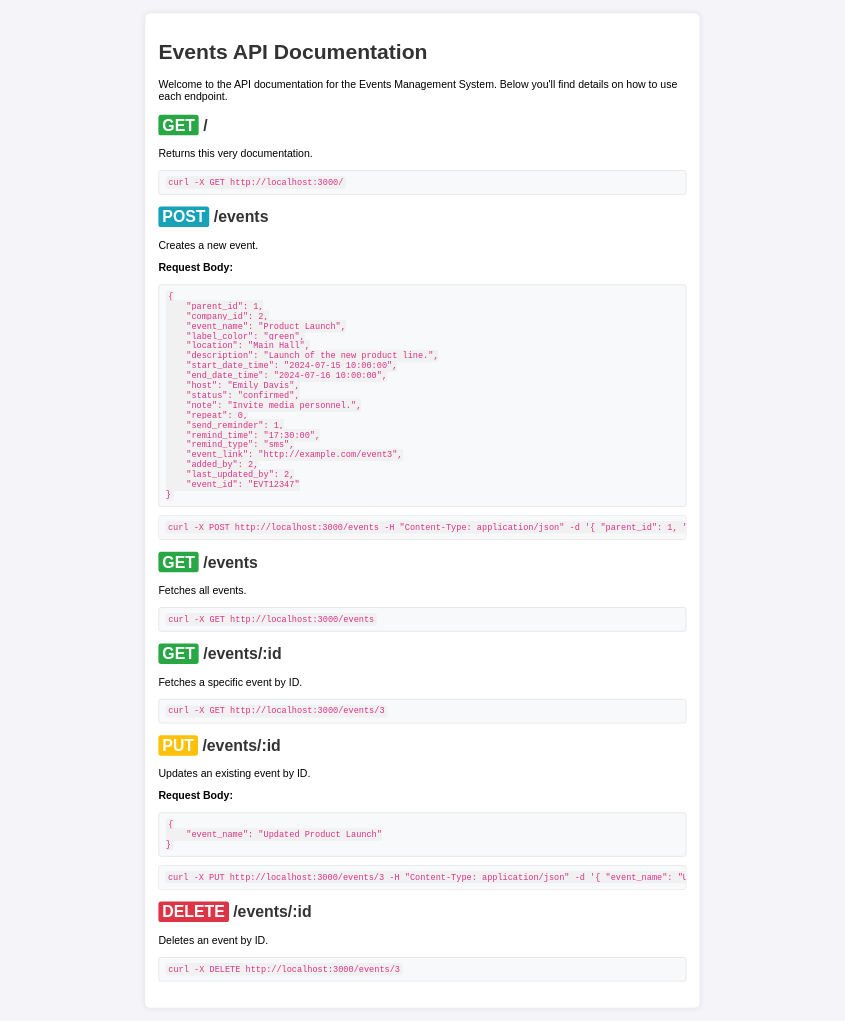
Repository: SpicierEwe/projects_node_express_server
Page: api_documentation/documentation.html
The author's editor kept a copy of each file at every save. The page is drawn from the files as they stood at one save, then again after the next save.
The browser window is 1280 px wide. The pictures show the whole page, at 66% of full size.

Above is the page before, as saved 2024-07-17 17:46:21.

### api_documentation/documentation.html
<!DOCTYPE html>
<html lang="en">
  <head>
    <meta charset="UTF-8" />
    <meta name="viewport" content="width=device-width, initial-scale=1.0" />
    <title>Events API Documentation</title>
    <style>
      body {
        font-family: Arial, sans-serif;
        background-color: #f4f4f9;
        margin: 0;
        padding: 20px;
      }
      .container {
        max-width: 800px;
        margin: auto;
        background: #fff;
        padding: 20px;
        box-shadow: 0 0 10px rgba(0, 0, 0, 0.1);
        border-radius: 8px;
      }
      h1,
      h2 {
        color: #333;
      }
      .route {
        margin: 20px 0;
      }
      .method {
        font-weight: bold;
        color: #fff;
        background: #007bff;
        padding: 2px 6px;
        border-radius: 4px;
      }
      .method.get {
        background: #28a745;
      }
      .method.post {
        background: #17a2b8;
      }
      .method.put {
        background: #ffc107;
      }
      .method.delete {
        background: #dc3545;
      }
      code {
        background: #f1f1f1;
        padding: 2px 4px;
        border-radius: 4px;
        color: #d63384;
      }
      pre {
        background: #f8f9fa;
        padding: 10px;
        border-radius: 4px;
        overflow: auto;
        border: 1px solid #ddd;
      }
    </style>
  </head>
  <body>
    <div class="container">
      <h1>Events API Documentation</h1>
      <p>
        Welcome to the API documentation for the Events Management System. Below
        you'll find details on how to use each endpoint.
      </p>

      <div class="route">
        <h2><span class="method get">GET</span> /</h2>
        <p>Returns this very documentation.</p>
        <pre><code>curl -X GET http://localhost:3000/</code></pre>
      </div>

      <div class="route">
        <h2><span class="method post">POST</span> /events</h2>
        <p>Creates a new event.</p>
        <p><strong>Request Body:</strong></p>
        <pre><code>{
    "parent_id": 1,
    "company_id": 2,
    "event_name": "Product Launch",
    "label_color": "green",
    "location": "Main Hall",
    "description": "Launch of the new product line.",
    "start_date_time": "2024-07-15 10:00:00",
    "end_date_time": "2024-07-16 10:00:00",
    "host": "Emily Davis",
    "status": "confirmed",
    "note": "Invite media personnel.",
    "repeat": 0,
    "send_reminder": 1,
    "remind_time": "17:30:00",
    "remind_type": "sms",
    "event_link": "http://example.com/event3",
    "added_by": 2,
    "last_updated_by": 2,
    "event_id": "EVT12347"
}</code></pre>
        <pre><code>curl -X POST http://localhost:3000/events -H "Content-Type: application/json" -d '{ "parent_id": 1, "company_id": 2, "event_name": "Product Launch", "label_color": "green", "location": "Main Hall", "description": "Launch of the new product line.", "start_date_time": "2024-07-12T12:30:00.000Z", "end_date_time": "2024-07-12T14:30:00.000Z", "host": "Emily Davis", "status": "confirmed", "note": "Invite media personnel.", "repeat": 0, "send_reminder": 1, "remind_time": "17:30:00", "remind_type": "sms", "event_link": "http://example.com/event3", "added_by": 2, "last_updated_by": 2, "event_id": "EVT12347" }'</code></pre>
      </div>

      <div class="route">
        <h2><span class="method get">GET</span> /events</h2>
        <p>Fetches all events.</p>
        <pre><code>curl -X GET http://localhost:3000/events</code></pre>
      </div>

      <div class="route">
        <h2><span class="method get">GET</span> /events/:id</h2>
        <p>Fetches a specific event by ID.</p>
        <pre><code>curl -X GET http://localhost:3000/events/3</code></pre>
      </div>

      <div class="route">
        <h2><span class="method put">PUT</span> /events/:id</h2>
        <p>Updates an existing event by ID.</p>
        <p><strong>Request Body:</strong></p>
        <pre><code>{
    "event_name": "Updated Product Launch"
}</code></pre>
        <pre><code>curl -X PUT http://localhost:3000/events/3 -H "Content-Type: application/json" -d '{ "event_name": "Updated Product Launch" }'</code></pre>
      </div>

      <div class="route">
        <h2><span class="method delete">DELETE</span> /events/:id</h2>
        <p>Deletes an event by ID.</p>
        <pre><code>curl -X DELETE http://localhost:3000/events/3</code></pre>
      </div>
    </div>
  </body>
</html>

After the next save:
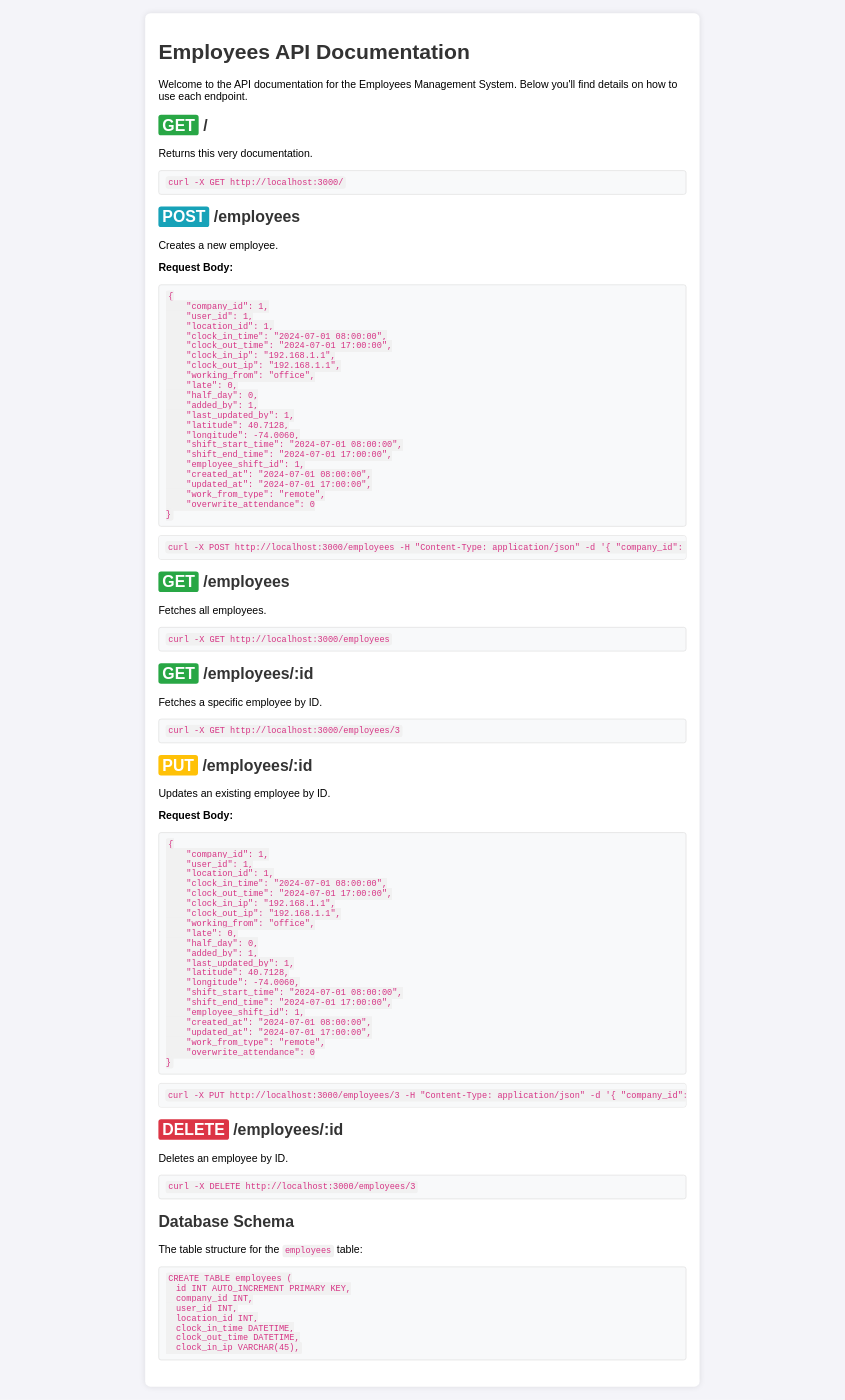
Saved 6 min 12 s later.
--- a/api_documentation/documentation.html
+++ b/api_documentation/documentation.html
@@ -3,7 +3,7 @@
   <head>
     <meta charset="UTF-8" />
     <meta name="viewport" content="width=device-width, initial-scale=1.0" />
-    <title>Events API Documentation</title>
+    <title>Employees API Documentation</title>
     <style>
       body {
         font-family: Arial, sans-serif;
@@ -62,9 +62,9 @@
   </head>
   <body>
     <div class="container">
-      <h1>Events API Documentation</h1>
+      <h1>Employees API Documentation</h1>
       <p>
-        Welcome to the API documentation for the Events Management System. Below
+        Welcome to the API documentation for the Employees Management System. Below
         you'll find details on how to use each endpoint.
       </p>
 
@@ -75,60 +75,91 @@
       </div>
 
       <div class="route">
-        <h2><span class="method post">POST</span> /events</h2>
-        <p>Creates a new event.</p>
+        <h2><span class="method post">POST</span> /employees</h2>
+        <p>Creates a new employee.</p>
         <p><strong>Request Body:</strong></p>
         <pre><code>{
-    "parent_id": 1,
-    "company_id": 2,
-    "event_name": "Product Launch",
-    "label_color": "green",
-    "location": "Main Hall",
-    "description": "Launch of the new product line.",
-    "start_date_time": "2024-07-15 10:00:00",
-    "end_date_time": "2024-07-16 10:00:00",
-    "host": "Emily Davis",
-    "status": "confirmed",
-    "note": "Invite media personnel.",
-    "repeat": 0,
-    "send_reminder": 1,
-    "remind_time": "17:30:00",
-    "remind_type": "sms",
-    "event_link": "http://example.com/event3",
-    "added_by": 2,
-    "last_updated_by": 2,
-    "event_id": "EVT12347"
+    "company_id": 1,
+    "user_id": 1,
+    "location_id": 1,
+    "clock_in_time": "2024-07-01 08:00:00",
+    "clock_out_time": "2024-07-01 17:00:00",
+    "clock_in_ip": "192.168.1.1",
+    "clock_out_ip": "192.168.1.1",
+    "working_from": "office",
+    "late": 0,
+    "half_day": 0,
+    "added_by": 1,
+    "last_updated_by": 1,
+    "latitude": 40.7128,
+    "longitude": -74.0060,
+    "shift_start_time": "2024-07-01 08:00:00",
+    "shift_end_time": "2024-07-01 17:00:00",
+    "employee_shift_id": 1,
+    "created_at": "2024-07-01 08:00:00",
+    "updated_at": "2024-07-01 17:00:00",
+    "work_from_type": "remote",
+    "overwrite_attendance": 0
 }</code></pre>
-        <pre><code>curl -X POST http://localhost:3000/events -H "Content-Type: application/json" -d '{ "parent_id": 1, "company_id": 2, "event_name": "Product Launch", "label_color": "green", "location": "Main Hall", "description": "Launch of the new product line.", "start_date_time": "2024-07-12T12:30:00.000Z", "end_date_time": "2024-07-12T14:30:00.000Z", "host": "Emily Davis", "status": "confirmed", "note": "Invite media personnel.", "repeat": 0, "send_reminder": 1, "remind_time": "17:30:00", "remind_type": "sms", "event_link": "http://example.com/event3", "added_by": 2, "last_updated_by": 2, "event_id": "EVT12347" }'</code></pre>
+        <pre><code>curl -X POST http://localhost:3000/employees -H "Content-Type: application/json" -d '{ "company_id": 1, "user_id": 1, "location_id": 1, "clock_in_time": "2024-07-01 08:00:00", "clock_out_time": "2024-07-01 17:00:00", "clock_in_ip": "192.168.1.1", "clock_out_ip": "192.168.1.1", "working_from": "office", "late": 0, "half_day": 0, "added_by": 1, "last_updated_by": 1, "latitude": 40.7128, "longitude": -74.0060, "shift_start_time": "2024-07-01 08:00:00", "shift_end_time": "2024-07-01 17:00:00", "employee_shift_id": 1, "created_at": "2024-07-01 08:00:00", "updated_at": "2024-07-01 17:00:00", "work_from_type": "remote", "overwrite_attendance": 0 }'</code></pre>
       </div>
 
       <div class="route">
-        <h2><span class="method get">GET</span> /events</h2>
-        <p>Fetches all events.</p>
-        <pre><code>curl -X GET http://localhost:3000/events</code></pre>
+        <h2><span class="method get">GET</span> /employees</h2>
+        <p>Fetches all employees.</p>
+        <pre><code>curl -X GET http://localhost:3000/employees</code></pre>
       </div>
 
       <div class="route">
-        <h2><span class="method get">GET</span> /events/:id</h2>
-        <p>Fetches a specific event by ID.</p>
-        <pre><code>curl -X GET http://localhost:3000/events/3</code></pre>
+        <h2><span class="method get">GET</span> /employees/:id</h2>
+        <p>Fetches a specific employee by ID.</p>
+        <pre><code>curl -X GET http://localhost:3000/employees/3</code></pre>
       </div>
 
       <div class="route">
-        <h2><span class="method put">PUT</span> /events/:id</h2>
-        <p>Updates an existing event by ID.</p>
+        <h2><span class="method put">PUT</span> /employees/:id</h2>
+        <p>Updates an existing employee by ID.</p>
         <p><strong>Request Body:</strong></p>
         <pre><code>{
-    "event_name": "Updated Product Launch"
+    "company_id": 1,
+    "user_id": 1,
+    "location_id": 1,
+    "clock_in_time": "2024-07-01 08:00:00",
+    "clock_out_time": "2024-07-01 17:00:00",
+    "clock_in_ip": "192.168.1.1",
+    "clock_out_ip": "192.168.1.1",
+    "working_from": "office",
+    "late": 0,
+    "half_day": 0,
+    "added_by": 1,
+    "last_updated_by": 1,
+    "latitude": 40.7128,
+    "longitude": -74.0060,
+    "shift_start_time": "2024-07-01 08:00:00",
+    "shift_end_time": "2024-07-01 17:00:00",
+    "employee_shift_id": 1,
+    "created_at": "2024-07-01 08:00:00",
+    "updated_at": "2024-07-01 17:00:00",
+    "work_from_type": "remote",
+    "overwrite_attendance": 0
 }</code></pre>
-        <pre><code>curl -X PUT http://localhost:3000/events/3 -H "Content-Type: application/json" -d '{ "event_name": "Updated Product Launch" }'</code></pre>
+        <pre><code>curl -X PUT http://localhost:3000/employees/3 -H "Content-Type: application/json" -d '{ "company_id": 1, "user_id": 1, "location_id": 1, "clock_in_time": "2024-07-01 08:00:00", "clock_out_time": "2024-07-01 17:00:00", "clock_in_ip": "192.168.1.1", "clock_out_ip": "192.168.1.1", "working_from": "office", "late": 0, "half_day": 0, "added_by": 1, "last_updated_by": 1, "latitude": 40.7128, "longitude": -74.0060, "shift_start_time": "2024-07-01 08:00:00", "shift_end_time": "2024-07-01 17:00:00", "employee_shift_id": 1, "created_at": "2024-07-01 08:00:00", "updated_at": "2024-07-01 17:00:00", "work_from_type": "remote", "overwrite_attendance": 0 }'</code></pre>
       </div>
 
       <div class="route">
-        <h2><span class="method delete">DELETE</span> /events/:id</h2>
-        <p>Deletes an event by ID.</p>
-        <pre><code>curl -X DELETE http://localhost:3000/events/3</code></pre>
+        <h2><span class="method delete">DELETE</span> /employees/:id</h2>
+        <p>Deletes an employee by ID.</p>
+        <pre><code>curl -X DELETE http://localhost:3000/employees/3</code></pre>
       </div>
-    </div>
-  </body>
-</html>
+
+      <div class="route">
+        <h2>Database Schema</h2>
+        <p>The table structure for the <code>employees</code> table:</p>
+        <pre><code>CREATE TABLE employees (
+  id INT AUTO_INCREMENT PRIMARY KEY,
+  company_id INT,
+  user_id INT,
+  location_id INT,
+  clock_in_time DATETIME,
+  clock_out_time DATETIME,
+  clock_in_ip VARCHAR(45),
